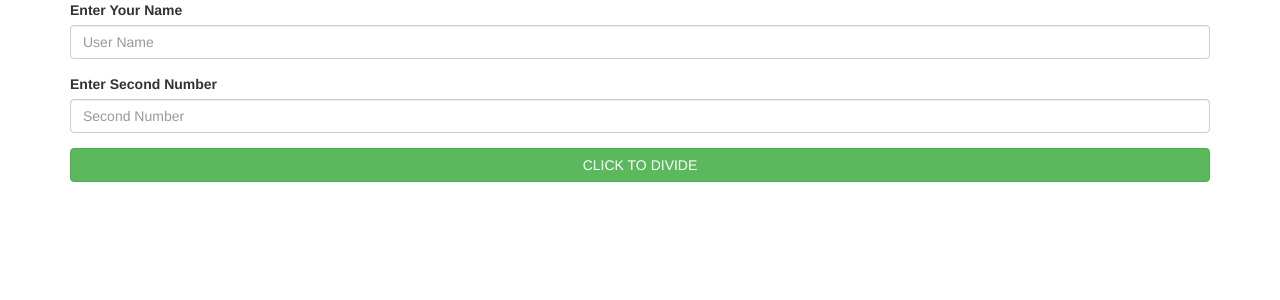
Repository: meanbypawan/j2eebatch
Page: UseBeanDemo/src/main/webapp/input.html
An editor plug-in stored every save of this project. The page is shown before and after the next save, followed by the edit.
The browser window is 1280 px wide. The pictures show the whole page.

Above is the page before, as saved 2024-05-20 13:58:58.

After the next save:
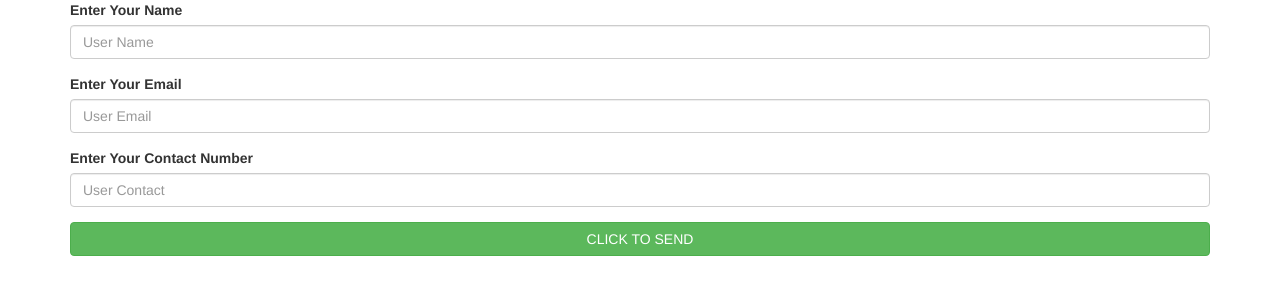
Saved 66 s later.
--- a/UseBeanDemo/src/main/webapp/input.html
+++ b/UseBeanDemo/src/main/webapp/input.html
@@ -17,11 +17,16 @@
 				placeholder="User Name" class="form-control">
 			</div>
 			<div class="form-group">
-				<label>Enter Second Number</label>
-				<input type="text" name="txtSnum"
-				placeholder="Second Number" class="form-control">
+				<label>Enter Your Email</label>
+				<input type="email" name="txtEmail"
+				placeholder="User Email" class="form-control">
 			</div>
-			<input type="submit" value="CLICK TO DIVIDE" class="btn
+			<div class="form-group">
+				<label>Enter Your Contact Number</label>
+				<input type="tel" name="txtContact"
+				placeholder="User Contact" class="form-control">
+			</div>
+			<input type="submit" value="CLICK TO SEND" class="btn
 			btn-block btn-success">
 		</form>
 	</div>
